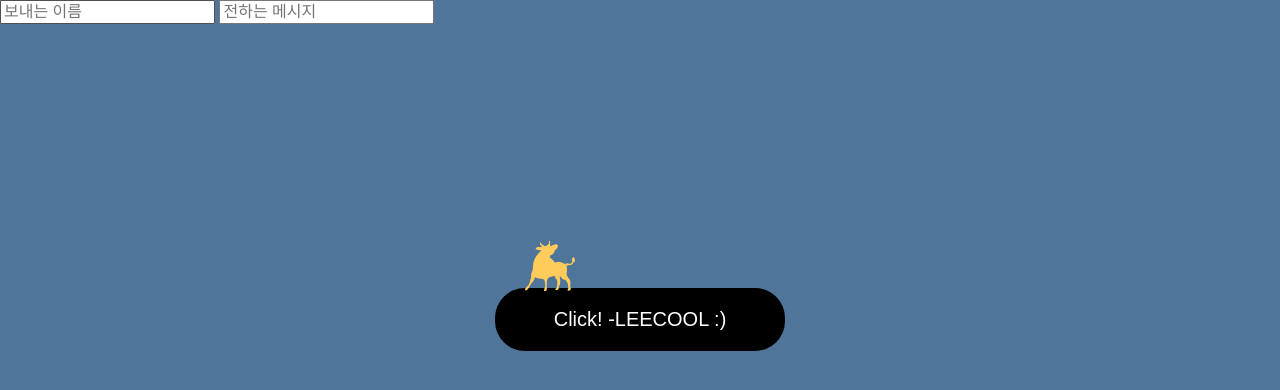
Repository: siwon9898/interaction_practice
Page: section6/index.html
These files come from the project's save history. The page is drawn as it stood at one moment and after the next save; the edit follows.
The browser window is 1280 px wide. The pictures show the whole page.

Above is the page before, as saved 2021-10-05 20:41:40.

### section6/index.html
<!DOCTYPE html>
<html lang="en">

<head>
    <meta charset="UTF-8">
    <meta http-equiv="X-UA-Compatible" content="IE=edge">
    <meta name="viewport" content="width=device-width, initial-scale=1.0">
    <meta property="og:image" content="../image/thumb.jpg" />

    <link rel="stylesheet" type="text/css" href="./css/reset.css" />
    <link rel="stylesheet" type="text/css" href="./css/motion.css" />
    <script type="text/javascript" src = "./js/motion.js"></script>

    <title>새복많받</title>
</head>

<body>
    <button type="button">Click! -LEECOOL :) </button>
    <div class="contentWrap">
        <div class="front">
            <h1></h1>
            <div class="sun"></div>
            <div class="cloud1"></div>
            <div class="cloud2"></div>

            <div class="m1"></div>
            <div class="m2"></div>
            <div class="snow"></div>
            <div class="m3"></div>
            <div class="cow"></div>
        </div>
        <div class="back">
            <p class="msg"></p>
            <h3></h3>
        </div>
    </div>
    <div class="userWrap">
        <input class = "username" type="text" placeholder="보내는 이름">
        <input class="usermsg" type="text" placeholder="전하는 메시지">
    </div>
</body>

</html>

### section6/css/reset.css
/*! normalize.css v3.0.2 | MIT License | git.io/normalize */

/**
 * 1. Set default font family to sans-serif.
 * 2. Prevent iOS text size adjust after orientation change, without disabling
 *    user zoom.
 */

html {
  font-family: sans-serif;
  /* 1 */
  -ms-text-size-adjust: 100%;
  /* 2 */
  -webkit-text-size-adjust: 100%;
  /* 2 */
}

/**
   * Remove default margin.
   */

body {
  margin: 0;
}

/* HTML5 display definitions
     ========================================================================== */

/**
   * Correct `block` display not defined for any HTML5 element in IE 8/9.
   * Correct `block` display not defined for `details` or `summary` in IE 10/11
   * and Firefox.
   * Correct `block` display not defined for `main` in IE 11.
   */

article,
aside,
details,
figcaption,
figure,
footer,
header,
hgroup,
main,
menu,
nav,
section,
summary {
  display: block;
}

/**
   * 1. Correct `inline-block` display not defined in IE 8/9.
   * 2. Normalize vertical alignment of `progress` in Chrome, Firefox, and Opera.
   */

audio,
canvas,
progress,
video {
  display: inline-block;
  /* 1 */
  vertical-align: baseline;
  /* 2 */
}

/**
   * Prevent modern browsers from displaying `audio` without controls.
   * Remove excess height in iOS 5 devices.
   */

audio:not([controls]) {
  display: none;
  height: 0;
}

/**
   * Address `[hidden]` styling not present in IE 8/9/10.
   * Hide the `template` element in IE 8/9/11, Safari, and Firefox < 22.
   */

[hidden],
template {
  display: none;
}

/* Links
     ========================================================================== */

/**
   * Remove the gray background color from active links in IE 10.
   */

a {
  background-color: transparent;
}

/**
   * Improve readability when focused and also mouse hovered in all browsers.
   */

a:active,
a:hover {
  outline: 0;
}

/* Text-level semantics
     ========================================================================== */

/**
   * Address styling not present in IE 8/9/10/11, Safari, and Chrome.
   */

abbr[title] {
  border-bottom: 1px dotted;
}

/**
   * Address style set to `bolder` in Firefox 4+, Safari, and Chrome.
   */

b,
strong {
  font-weight: bold;
}

/**
   * Address styling not present in Safari and Chrome.
   */

dfn {
  font-style: italic;
}

/**
   * Address variable `h1` font-size and margin within `section` and `article`
   * contexts in Firefox 4+, Safari, and Chrome.
   */

h1 {
  font-size: 2em;
  margin: 0.67em 0;
}

/**
   * Address styling not present in IE 8/9.
   */

mark {
  background: #ff0;
  color: #000;
}

/**
   * Address inconsistent and variable font size in all browsers.
   */

small {
  font-size: 80%;
}

/**
   * Prevent `sub` and `sup` affecting `line-height` in all browsers.
   */

sub,
sup {
  font-size: 75%;
  line-height: 0;
  position: relative;
  vertical-align: baseline;
}

sup {
  top: -0.5em;
}

sub {
  bottom: -0.25em;
}

/* Embedded content
     ========================================================================== */

/**
   * Remove border when inside `a` element in IE 8/9/10.
   */

img {
  border: 0;
}

/**
   * Correct overflow not hidden in IE 9/10/11.
   */

svg:not(:root) {
  overflow: hidden;
}

/* Grouping content
     ========================================================================== */

/**
   * Address margin not present in IE 8/9 and Safari.
   */

figure {
  margin: 1em 40px;
}

/**
   * Address differences between Firefox and other browsers.
   */

hr {
  -moz-box-sizing: content-box;
  box-sizing: content-box;
  height: 0;
}

/**
   * Contain overflow in all browsers.
   */

pre {
  overflow: auto;
}

/**
   * Address odd `em`-unit font size rendering in all browsers.
   */

code,
kbd,
pre,
samp {
  font-family: monospace, monospace;
  font-size: 1em;
}

/* Forms
     ========================================================================== */

/**
   * Known limitation: by default, Chrome and Safari on OS X allow very limited
   * styling of `select`, unless a `border` property is set.
   */

/**
   * 1. Correct color not being inherited.
   *    Known issue: affects color of disabled elements.
   * 2. Correct font properties not being inherited.
   * 3. Address margins set differently in Firefox 4+, Safari, and Chrome.
   */

button,
input,
optgroup,
select,
textarea {
  color: inherit;
  /* 1 */
  font: inherit;
  /* 2 */
  margin: 0;
  /* 3 */
}

/**
   * Address `overflow` set to `hidden` in IE 8/9/10/11.
   */

button {
  overflow: visible;
  border: 0;
}

/**
   * Address inconsistent `text-transform` inheritance for `button` and `select`.
   * All other form control elements do not inherit `text-transform` values.
   * Correct `button` style inheritance in Firefox, IE 8/9/10/11, and Opera.
   * Correct `select` style inheritance in Firefox.
   */

button,
select {
  text-transform: none;
}

/**
   * 1. Avoid the WebKit bug in Android 4.0.* where (2) destroys native `audio`
   *    and `video` controls.
   * 2. Correct inability to style clickable `input` types in iOS.
   * 3. Improve usability and consistency of cursor style between image-type
   *    `input` and others.
   */

button,
html input[type="button"],
/* 1 */
input[type="reset"],
input[type="submit"] {
  -webkit-appearance: button;
  /* 2 */
  cursor: pointer;
  /* 3 */
}

/**
   * Re-set default cursor for disabled elements.
   */

button[disabled],
html input[disabled] {
  cursor: default;
}

/**
   * Remove inner padding and border in Firefox 4+.
   */

button::-moz-focus-inner,
input::-moz-focus-inner {
  border: 0;
  padding: 0;
}

/**
   * Address Firefox 4+ setting `line-height` on `input` using `!important` in
   * the UA stylesheet.
   */

input {
  line-height: normal;
}

/**
   * It's recommended that you don't attempt to style these elements.
   * Firefox's implementation doesn't respect box-sizing, padding, or width.
   *
   * 1. Address box sizing set to `content-box` in IE 8/9/10.
   * 2. Remove excess padding in IE 8/9/10.
   */

input[type="checkbox"],
input[type="radio"] {
  box-sizing: border-box;
  /* 1 */
  padding: 0;
  /* 2 */
}

/**
   * Fix the cursor style for Chrome's increment/decrement buttons. For certain
   * `font-size` values of the `input`, it causes the cursor style of the
   * decrement button to change from `default` to `text`.
   */

input[type="number"]::-webkit-inner-spin-button,
input[type="number"]::-webkit-outer-spin-button {
  height: auto;
}

/**
   * 1. Address `appearance` set to `searchfield` in Safari and Chrome.
   * 2. Address `box-sizing` set to `border-box` in Safari and Chrome
   *    (include `-moz` to future-proof).
   */

input[type="search"] {
  -webkit-appearance: textfield;
  /* 1 */
  -moz-box-sizing: content-box;
  -webkit-box-sizing: content-box;
  /* 2 */
  box-sizing: content-box;
}

/**
   * Remove inner padding and search cancel button in Safari and Chrome on OS X.
   * Safari (but not Chrome) clips the cancel button when the search input has
   * padding (and `textfield` appearance).
   */

input[type="search"]::-webkit-search-cancel-button,
input[type="search"]::-webkit-search-decoration {
  -webkit-appearance: none;
}

/**
   * Define consistent border, margin, and padding.
   */

fieldset {
  border: 1px solid #c0c0c0;
  margin: 0 2px;
  padding: 0.35em 0.625em 0.75em;
}

/**
   * 1. Correct `color` not being inherited in IE 8/9/10/11.
   * 2. Remove padding so people aren't caught out if they zero out fieldsets.
   */

legend {
  border: 0;
  /* 1 */
  padding: 0;
  /* 2 */
}

/**
   * Remove default vertical scrollbar in IE 8/9/10/11.
   */

textarea {
  overflow: auto;
}

/**
   * Don't inherit the `font-weight` (applied by a rule above).
   * NOTE: the default cannot safely be changed in Chrome and Safari on OS X.
   */

optgroup {
  font-weight: bold;
}

/* Tables
     ========================================================================== */

/**
   * Remove most spacing between table cells.
   */

table {
  border-collapse: collapse;
  border-spacing: 0;
}

td,
th {
  padding: 0;
}

### section6/css/motion.css
@import url("https://fonts.googleapis.com/css2?family=Handlee&display=swap");

body {
    background: #50759b;
    overflow: hidden;
}

button {
    position: absolute;
    top: 40%;
    left: 50%;
    transform: translateX(-50%);
    padding: 20px 45px;
    font-size: 20px;
    font-weight: 500;
    z-index: 10000;
    border-radius: 30px 30px 30px 30px;
    background: black;
    color: #fff;
    width: 290px;
}

button:before {
    content: " ";
    position: absolute;
    width: 50px;
    height: 50px;
    bottom: 60px;
    left: 30px;
    z-index: 0;
    background: url(/image/cow.png) center center/100% no-repeat;
    transition: all .3s ease-in-out;
}

button:hover:before {
    transform: translate(10px, -15px) scale(1.7);
}


button.dimd {
    display: none;
}

.contentWrap {
    position: absolute;
    top: 51%;
    left: 50%;
    transform: translate(-50%, -50%);
    transform-style: preserve-3d;
    perspective: 800px;
    visibility: hidden;
    opacity: 0;
}

.contentWrap.active {
    visibility: visible;
    opacity: 1;
}

.contentWrap .front {
    position: relative;
    width: 400px;
    height: 250px;
    background: #10264a;
    transform: rotateX(-10deg);
    transform-origin: bottom center;
    transform-style: preserve-3d;
    perspective: 800px;
    border-radius: 10px 10px 0 0;
}

.contentWrap .front h1{
    position: absolute;
    top: 0;
    left: 0;
    width: 100%;
    height: 200px;
    background: url(/image/text.png) center top/200px no-repeat;
    transform: translate3d(55px, 40px, 57px);
}

.contentWrap .front .sun{
    position: absolute;
    top:0;
    left: 0;
    width: 100px;
    height: 100px;
    background: url(/image/sun.png) center bottom/60px no-repeat;
    transform: translate3d(30px, 50px, 10px);

}

.contentWrap .front .cloud1 {
    position: absolute;
    top: 0;
    width: 100px;
    height: 100px;
    background: url(/image/cloud.png) center center/40px no-repeat;
    transform: translate3d(70px, 60px, 30px);
    opacity: .8;
    z-index: 10;
}

.contentWrap .front .cloud2 {
    position: absolute;
    top: 0;
    width: 100px;
    height: 100px;
    background: url(/image/cloud.png) center center/36px no-repeat;

    transform: translate3d(-20px, 90px, 40px);
    opacity: .8;
    z-index: 10;
}

.contentWrap .front .m1 {
    position: absolute;
    bottom: 0;
    right: 0;
    width: 90%;
    height: 200px;
    background: url(/image/m1.png) right bottom/55% no-repeat;
    transform: translate3d(-8px, 0, 26px);
}

.contentWrap .front .m2 {
    position: absolute;
    bottom: 0;
    right: 0;
    width: 90%;
    height: 200px;
    background: url(/image//m2.png) right bottom/100% no-repeat;
    transform: translate3d(-10px, 0, 45px);
}

.contentWrap .front .m3 {
    position: absolute;
    bottom: 0;
    right: 0;
    width: 90%;
    height: 200px;
    background:url(/image/m3.png) right bottom/75% no-repeat;
    transform: translate3d(-20px, 0, 70px);
}

.contentWrap .front .cow {
    position: absolute;
    width: 70px;
    height: 70px;
    bottom: 0;
    left: 0;
    z-index: 10;
    background: url(/image/cow.png) center center/100% no-repeat;
    transform: translate3d(65px, -9px, 48px);

}

.contentWrap .front .snow {
    position: absolute;
    bottom: 0;
    left: 0;
    width: 100%;
    height: 230px;
    background: url(/image/snow.png) center bottom/90% no-repeat;
    transform: translate3d(0px, 0, 35px);
}

.contentWrap .back {
    position: relative;
    width: 400px;
    height: 200px;
    background: linear-gradient(180deg, #d8d8d8, #fff);
    border-radius: 0 0 10px 10px;
    transform: rotateX(70deg);
    transform-origin: top center;
    transform-style: preserve-3d;
    perspective: 800px;
}

.contentWrap .back h3 {
    position: absolute;
    font-size: 12px;
    text-align: right;
    font-weight: 100;
    right: 0px;
    bottom: 0;
    transform-origin: bottom;
    transform: translate3d(-20px, 0px, 2px);
    color: #000;
    font-family: 'Handlee', cursive, "Apple SD Gothic Neo", arial;
}

.contentWrap .back .msg {
    position: absolute;
    display: block;
    width: 100%;
    font-size: 12px;
    text-align: center;
    font-weight: 100;
    top: 100px;
    left: 0px;
    transform-origin: bottom;
    transform: translate3d(0px, 0px, 2px);
    color: #000;
}

### section6/js/motion.js
var wrap;
var x = 0,
  y = 0;
var mx = 0,
  my = 0;
var isMobile = false;
var isIos = false;

window.onload = function () {
  wrap = document.querySelector(".contentWrap");
  isMobile = mobileChk();
  isIos = iosChk();
  console.log("mobile?" + isMobile)
  console.log("ios?" + isIos)
  var button = document.querySelectorAll("button")[0];

  button.addEventListener("click", function () {
    button.classList.add("dimd");
    wrap.classList.add("active");

    if (isMobile) {
      if (isIos) {
        DeviceOrientationEvent.requestPermission().then(function () {
          mobileOrientationChk();
        }).catch(console.error);

      } else {
        mobileOrientationChk();
      }

      function mobileOrientationChk() {
        window.addEventListener("deviceorientation", function (event) {
          x = event.gamma;
          y = event.beta;
        });
        loopMobile();
      }

    } else {
      window.addEventListener("mousemove", function (e) {
        x = (e.clientX - window.innerWidth / 2);
        y = (e.clientY - window.innerHeight / 2);
      });
      loop();
    }
  });

}

function loopMobile() {
  mx += (x - mx) * .1;
  my += (y - my) * .1;

  wrap.style.transform = "translate3d(-50%, -50%, 0) rotateX(" + (my - 50) + "deg) rotateY(" + (mx) + "deg)";
  window.requestAnimationFrame(loopMobile);


}

function loop() {
  mx += (x - mx) * .1
  my += (y - my) * .1;

  wrap.style.transform = "translate3d(-50%, -50%, 0) rotateX(" + (my / 10) + "deg) rotateY(" + (-mx / 10) + "deg)";

  window.requestAnimationFrame(loop);
}

function mobileChk() {
  var mobileKeyWords = new Array('Android', 'iPhone', 'iPad', 'BlackBerry', 'Windows CE', 'SAMSUNG', 'LG', 'MOT', 'SonyEricsson');
  for (var info in mobileKeyWords) {
    if (navigator.userAgent.match(mobileKeyWords[info]) != null) {
      return true;
    }
  }
  return false;
}

function iosChk(){
  var mobileKeyWords = new Array ('iPhone', 'iPad');
  for (var info in mobileKeyWords){
    if(navigator.userAgent.match(mobileKeyWords[info]) != null){
      return true;
    }
  }
  return false;
}

After the next save:
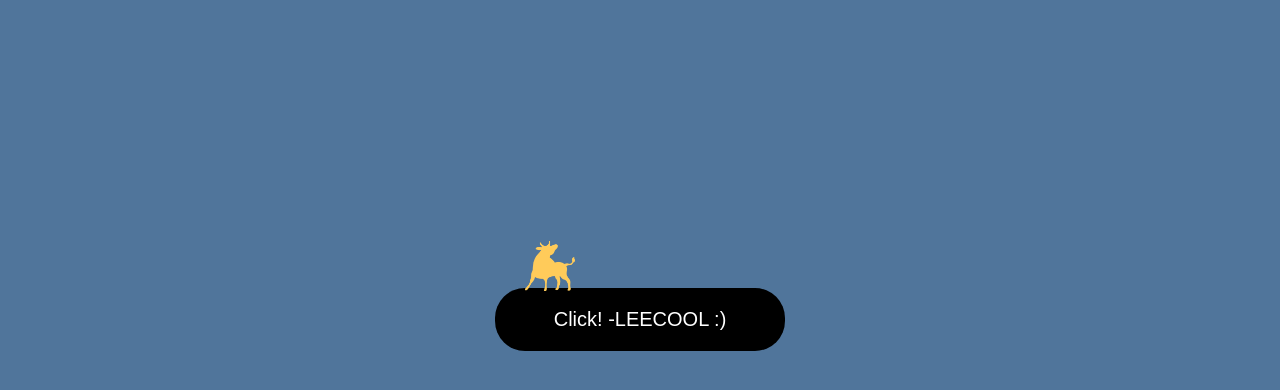
Saved 28 s later.
--- a/section6/index.html
+++ b/section6/index.html
@@ -33,11 +33,13 @@
             <p class="msg"></p>
             <h3></h3>
         </div>
+
+        <div class="userWrap">
+            <input class = "username" type="text" placeholder="보내는 이름">
+            <input class="usermsg" type="text" placeholder="전하는 메시지">
+        </div>
     </div>
-    <div class="userWrap">
-        <input class = "username" type="text" placeholder="보내는 이름">
-        <input class="usermsg" type="text" placeholder="전하는 메시지">
-    </div>
+
 </body>
 
 </html>

After the save that followed:
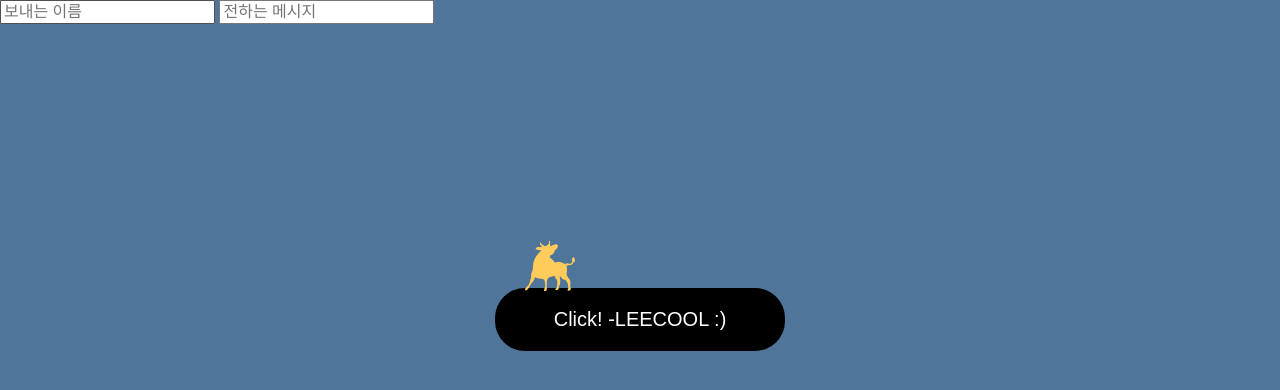
Saved 35 s later.
--- a/section6/index.html
+++ b/section6/index.html
@@ -9,7 +9,7 @@
 
     <link rel="stylesheet" type="text/css" href="./css/reset.css" />
     <link rel="stylesheet" type="text/css" href="./css/motion.css" />
-    <script type="text/javascript" src = "./js/motion.js"></script>
+    <script type="text/javascript" src="./js/motion.js"></script>
 
     <title>새복많받</title>
 </head>
@@ -33,11 +33,11 @@
             <p class="msg"></p>
             <h3></h3>
         </div>
+    </div>
 
-        <div class="userWrap">
-            <input class = "username" type="text" placeholder="보내는 이름">
-            <input class="usermsg" type="text" placeholder="전하는 메시지">
-        </div>
+    <div class="userWrap">
+        <input class="username" type="text" placeholder="보내는 이름">
+        <input class="usermsg" type="text" placeholder="전하는 메시지">
     </div>
 
 </body>
